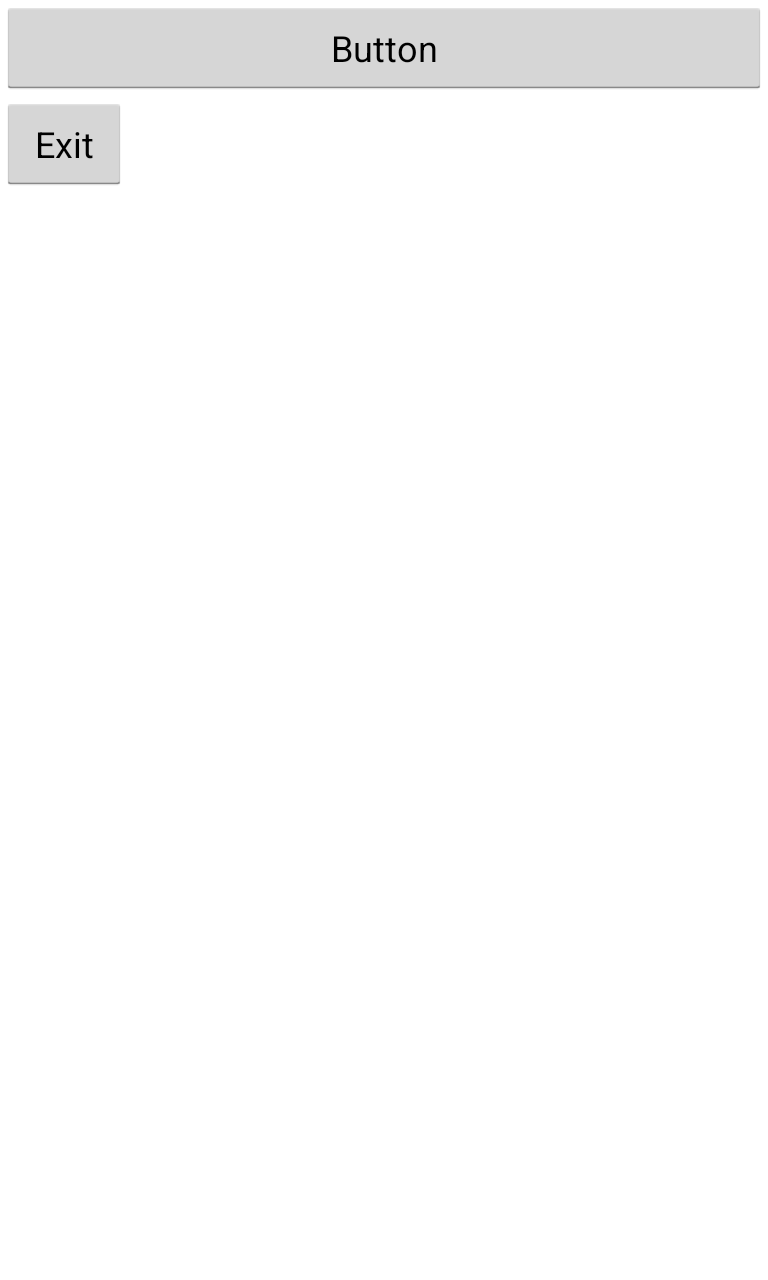
Repository: GUNDAMR/firstcode_android
Layout: C2ActivityTest/res/layout/first_layout.xml
The author's editor kept a copy of each file at every save. The layout is drawn from the files as they stood at one save, then again after the next save.
It is drawn on a 768 x 1280 px phone screen (xhdpi) without system bars, with theme AppTheme; the app's code is not run.

Above is the layout before, as saved 2014-12-09 02:12:30.

After the next save:
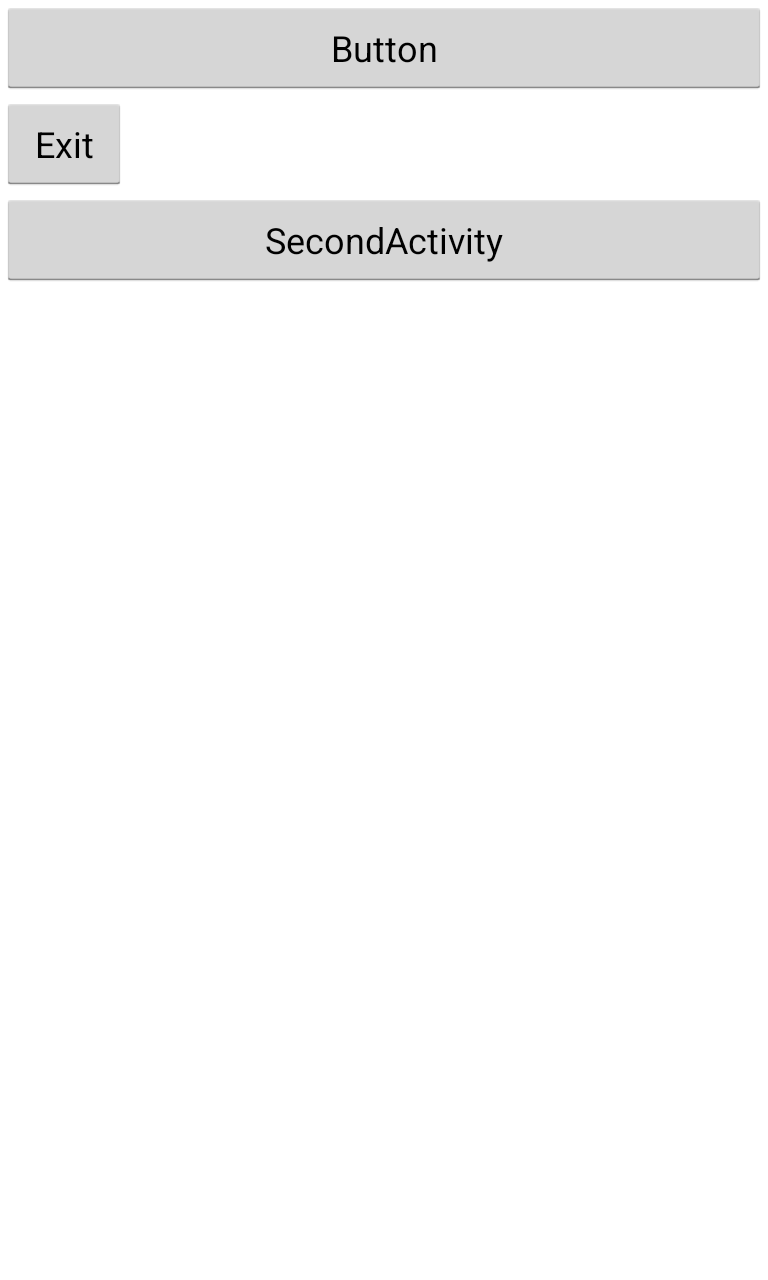
Saved 114 s later.
--- a/C2ActivityTest/res/layout/first_layout.xml
+++ b/C2ActivityTest/res/layout/first_layout.xml
@@ -16,4 +16,10 @@
         android:layout_height="wrap_content"
         android:text="Exit" />
 
+    <Button
+        android:id="@+id/btn_second_activity"
+        android:layout_width="match_parent"
+        android:layout_height="wrap_content"
+        android:text="SecondActivity" />
+
 </LinearLayout>
